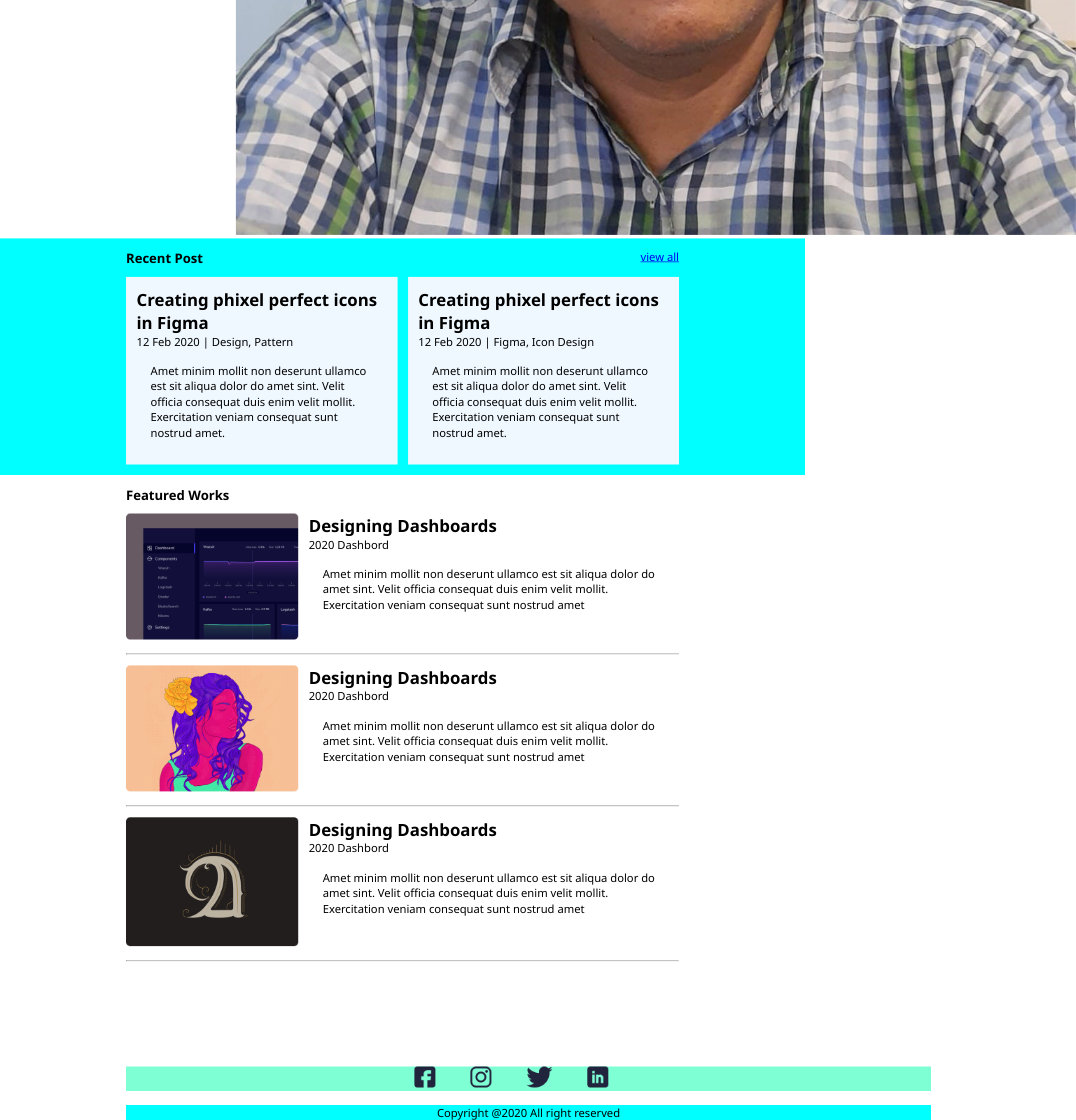
Repository: jafetdn73/portofolio
Page: index.html
An editor plug-in stored every save of this project. The page is shown before and after the next save, followed by the edit.
The browser window is 1280 px wide. The page is 1537 px wide, so the pictures cover 1537 px, including what lies to the right of the window. The pictures show the part of the page from y = 1062 to 2662 px (the page is 2662 px tall), at 70% of full size.

Above is the page before, as saved 2022-02-23 16:32:59.

### index.html
<!DOCTYPE html>
<html lang="en">
<head>
    <meta charset="UTF-8">
    <meta http-equiv="X-UA-Compatible" content="IE=edge">
    <meta name="viewport" content="width=device-width, initial-scale=1.0">
    <link rel="stylesheet" href="figma.css">
    <title>Belajar HTML CSS</title>
</head>
<body>
    <div class="container">
        <!-- Start Menu Bar -->
        <div class="menu-bar">
            <ul>
                <li>
                    Work
                </li>
                <li>
                    Blog
                </li>
                <li>
                    Contact
                </li>
            </ul>
        </div>
        <!-- Starr Hero -->
        <div class="hero">
            <div class="hero-text">
                <h1>Hi, I am Jafet,<br/>
                    Fullstack Engineer
                </h1>
                <p>
                    Amet minim mollit non deserunt ullamco est sit aliqua dolor do amet sint. Velit officia consequat duis enim velit mollit. Exercitation veniam consequat sunt nostrud amet.
                </p>
                <button>Download Resume</button>
            </div>
            <div class="hero-image">
                <img src="jafet.png"/>
            </div>
        </div>
        <!-- Start Post -->
        <div class="post">
            <div class="post-navi">
                <h3>Recent Post</h3>
                <a href="http://detik.com">view all</a>
            </div>
            <div class="post-content">
                <div class="post-content-detail">
                    <h2>Creating phixel perfect icons in Figma</h2>
                    <label>12 Feb 2020</label>
                    <label>|</label>
                    <label>Design, Pattern</label>
                    <p>
                        Amet minim mollit non deserunt ullamco est sit aliqua dolor do amet sint. Velit officia consequat duis enim velit mollit. Exercitation veniam consequat sunt nostrud amet.
                    </p>
                </div>
                <div class="post-content-detail">
                    <h2>Creating phixel perfect icons in Figma</h2>
                    <label>12 Feb 2020</label>
                    <label>|</label>
                    <label>Figma, Icon Design</label>
                    <p>
                        Amet minim mollit non deserunt ullamco est sit aliqua dolor do amet sint. Velit officia consequat duis enim velit mollit. Exercitation veniam consequat sunt nostrud amet.
                    </p>
                </div>
            </div>
        </div>
        <!-- Start Featured -->
        <div class="featured">
            <h3>Featured Works</h3>
            <div class="featured-detail">
                <div class="featured-image">
                    <img src="Rectangle 30.png"/>
                </div>
                <div class="featured-text">
                    <h2>Designing Dashboards</h2>
                    <label>2020</label>
                    <label>Dashbord</label>
                    <p>
                        Amet minim mollit non deserunt ullamco est sit aliqua dolor do amet sint. Velit officia consequat duis enim velit mollit. Exercitation veniam consequat sunt nostrud amet
                    </p>
                </div>
            </div>
            <hr/>
            <div class="featured-detail">
                <div class="featured-image">
                    <img src="Rectangle 32.png"/>
                </div>
                <div class="featured-text">
                    <h2>Designing Dashboards</h2>
                    <label>2020</label>
                    <label>Dashbord</label>
                    <p>
                        Amet minim mollit non deserunt ullamco est sit aliqua dolor do amet sint. Velit officia consequat duis enim velit mollit. Exercitation veniam consequat sunt nostrud amet
                    </p>
                </div>
            </div>
            <hr/>
            <div class="featured-detail">
                <div class="featured-image">
                    <img src="Rectangle 34.png"/>
                </div>
                <div class="featured-text">
                    <h2>Designing Dashboards</h2>
                    <label>2020</label>
                    <label>Dashbord</label>
                    <p>
                        Amet minim mollit non deserunt ullamco est sit aliqua dolor do amet sint. Velit officia consequat duis enim velit mollit. Exercitation veniam consequat sunt nostrud amet
                    </p>
                </div>
            </div>
            <hr/>
        </div>
        <!-- Start Social Media -->
        <div class="social-media"><img src="fb.png"/><img src="insta.png"/><img src="group.png"/><img src="linkedin.png"/></div>
        <div class="copyright">Copyright @2020 All right reserved</div>
    </div>
</body>
</html>

### figma.css
* {
    margin: 0;
    font-family:'Segoe UI', Tahoma, Geneva, Verdana, sans-serif
}

.container {
    width: 1150px;
}

.menu-bar {
    display: flex;
    justify-content: flex-end;
    margin-top: 20px;
}

.menu-bar ul li {
    display: inline;
    margin-right: 30px;
    font-size: 20px;
}

/* Start Hero */
.hero {
    display: flex;
    justify-content: space-around;
    margin-top: 150px;
    padding: 0 100px;
}

.hero-text {
    width: 450px;
}

.hero-text h1 {
    font-size: 44px;
    font-weight: 400px;
}

.hero-text p {
    font-size: 16px;
}

.hero-text h1, p, button
{
    margin: 20px;
}

.hero-text button {
    background-color: #FF6464;
    border-style: none;
    padding: 15px;
    font-size: 20px;
    color: white;
}

/* Start Post */
.post {
    background-color:aqua;
    padding:15px 180px;
}

.post-navi {
    display :flex;
    justify-content:space-between ;
}

.post-content {
    display: flex;
    margin-top: 15px;
    gap:15px;
}

.post-content-detail {
    background-color: aliceblue;
    padding:15px;
}

/* Start Featured */
.featured {
    margin : 15px 180px;
    gap:15px;
}

.featured-detail {
    display:flex;
    margin-top: 15px;
    margin-bottom: 15px;
}

.featured-image {
    margin-right: 15px;
}


.social-media{
    background-color: aquamarine;
    margin-top: 150px;
    margin-left: 180px;
    width: 1150px;
    text-align: center;
}

.social-media img {
    margin-right: 50px;
}

.copyright {
    background-color: aqua;
    margin-top: 20px;
    margin-left: 180px;
    width: 1150px;
    text-align: center;
}

After the next save:
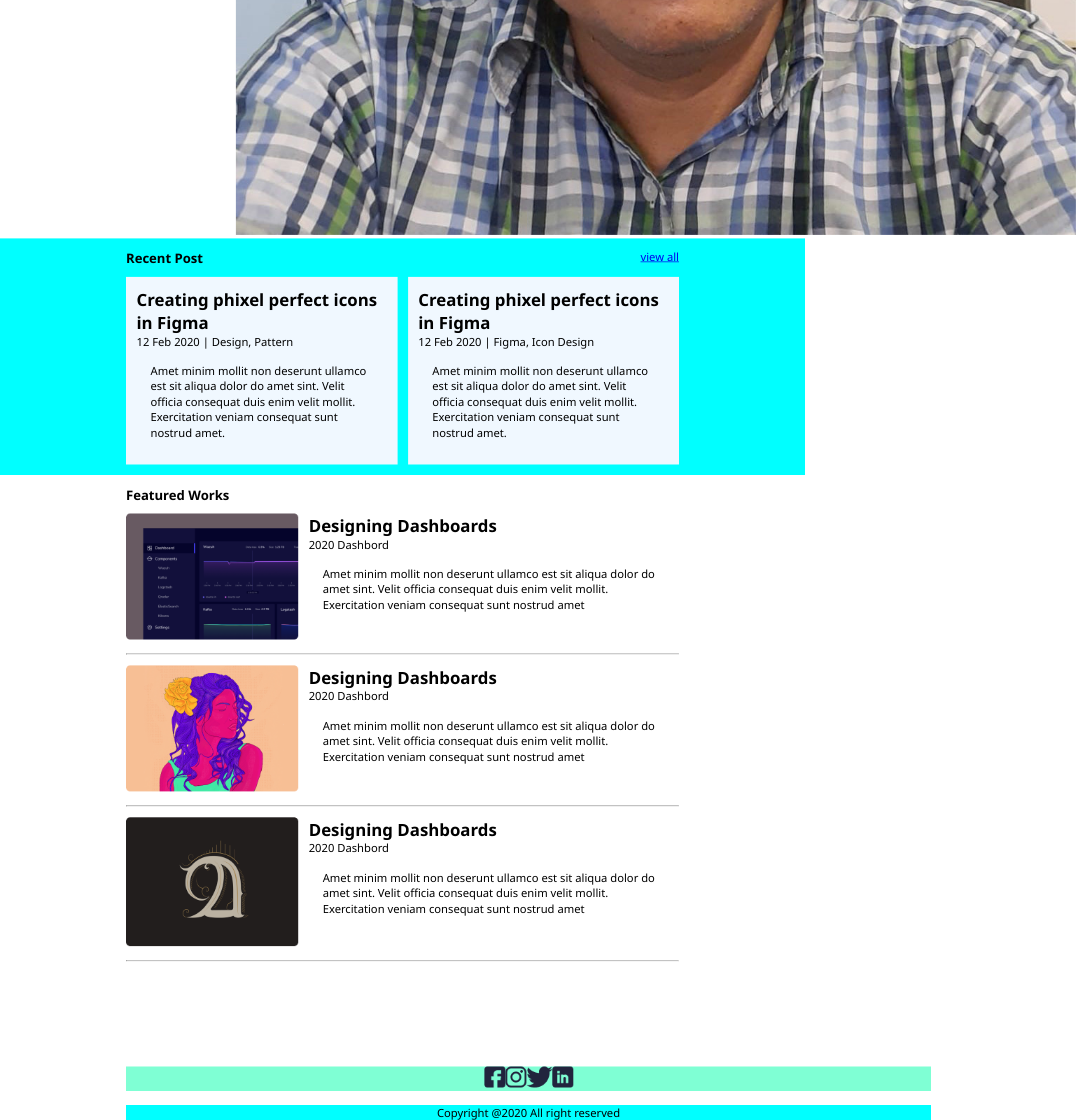
Saved 2 min 48 s later.
--- a/figma.css
+++ b/figma.css
@@ -101,7 +101,7 @@
 }
 
 .social-media img {
-    margin-right: 50px;
+
 }
 
 .copyright {

After the 2 saves that followed:
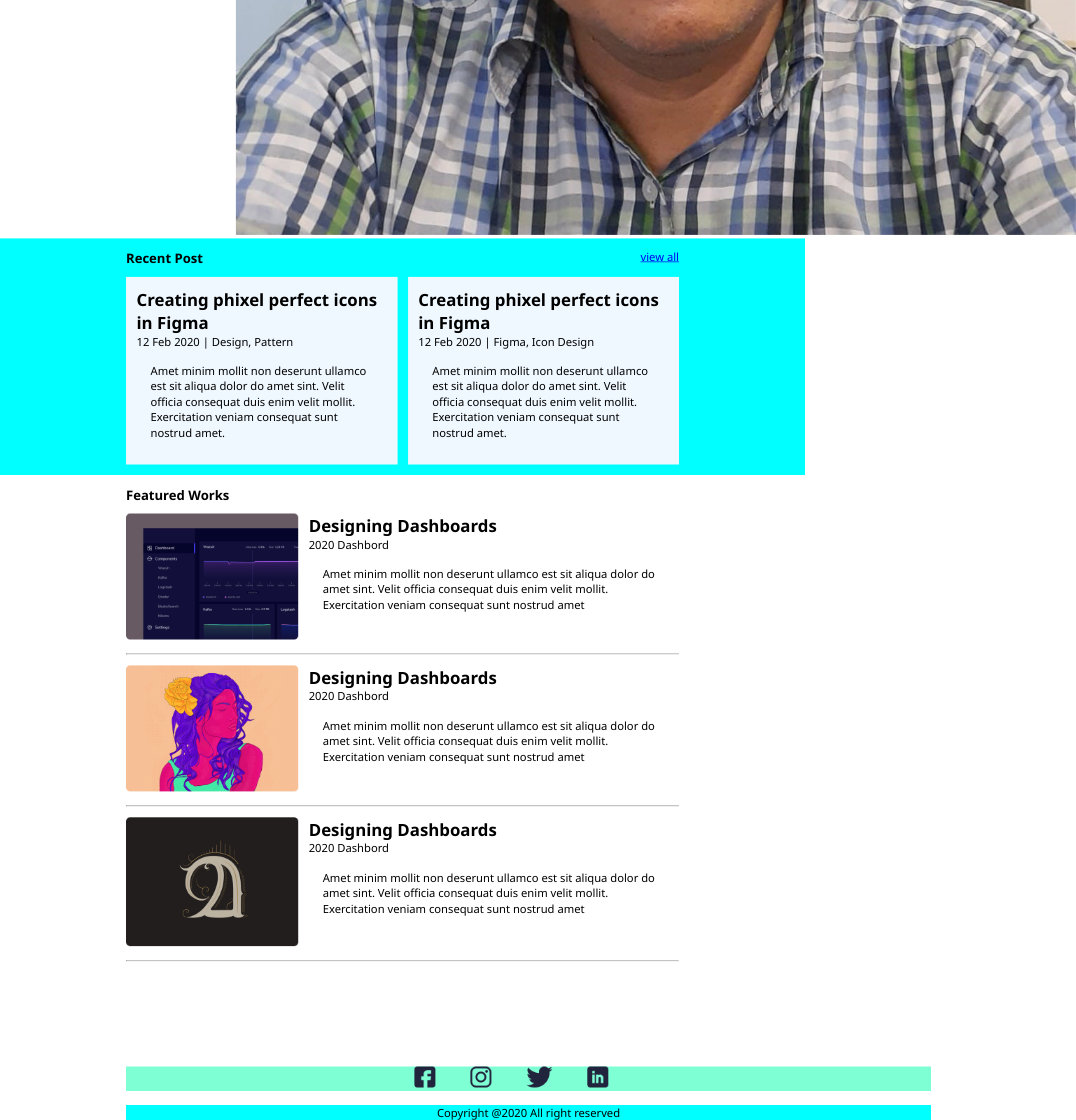
The 2 saves are shown as one change because 1 left the picture as it was.
The last was saved 64 s later.
--- a/figma.css
+++ b/figma.css
@@ -98,10 +98,11 @@
     margin-left: 180px;
     width: 1150px;
     text-align: center;
+    display: inline-flexbox;
 }
 
 .social-media img {
-
+    margin-right: 50px;
 }
 
 .copyright {
